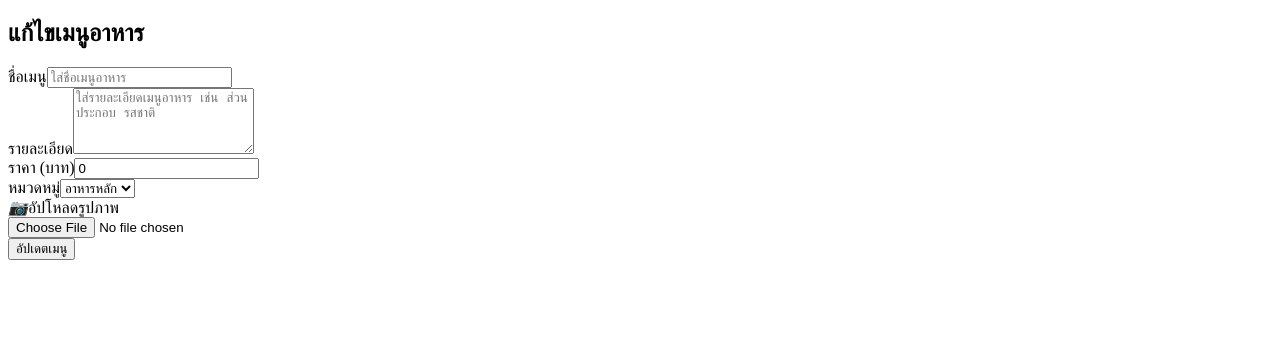
Repository: KwaunchaiJankaikot/mootod
Page: /menu-list (app in frontend/)
The author's editor kept a copy of each file at every save. The page is drawn from the files as they stood at one save, then again after a run of saves.
The browser window is 1280 px wide. The pictures show the whole page.
The page's requests for data from a server got no answer. The project was rebuilt for these pictures with package versions that can differ from the ones it lists, and the page was loaded fresh each time. No one was signed in, and anything a server would have sent is missing. Also part of the build but not shown: frontend/vue.config.js, frontend/src/components/HomePage.vue, frontend/src/components/AddMenu.vue, frontend/src/components/EditMenu.vue.

Above is the page before, as saved 2025-04-19 01:00:21.

### frontend/src/main.js
import { createApp } from 'vue';
import App from './App.vue';
import router from './router';

const app = createApp(App);
app.use(router);  // ติดตั้ง Vue Router
app.mount('#app');

### frontend/src/App.vue
<template>
  <div id="app">
    <router-view></router-view>
  </div>
</template>

<script>
export default {
  name: 'App',
};
</script>

### frontend/src/router/index.js
import { createRouter, createWebHistory } from 'vue-router';
import HomePage from '../components/HomePage.vue';
import AddMenu from '../components/AddMenu.vue';
import MenuList from '../components/MenuList.vue';
import EditMenu from '../components/EditMenu.vue';

const routes = [
  {
    path: '/',
    name: 'Home',
    component: HomePage
  },
  {
    path: '/add-menu',
    name: 'Menu',
    component: AddMenu
  },
  {
    path: '/menu-list',
    name: 'MenuList',
    component: MenuList
  },
  {
    path: '/edit-menu/:id',  // เส้นทางสำหรับการแก้ไขเมนู
    name: 'edit-menu',
    component: EditMenu,     // คอมโพเนนต์ที่จะแสดง
    props: true,             // ส่ง props ให้กับ EditMenu.vue
  },
];

const router = createRouter({
  history: createWebHistory(process.env.BASE_URL),
  routes
});

export default router;

### frontend/src/components/MenuList.vue
<template>
  <div class="edit-menu-container">
    <div class="form-card">
      <h2 class="form-title">แก้ไขเมนูอาหาร</h2>
      <form @submit.prevent="updateMenu">
        <!-- ชื่อเมนู -->
        <div class="form-group">
          <label for="name">ชื่อเมนู</label>
          <input
            type="text"
            id="name"
            v-model="menu.name"
            required
            class="form-control"
            placeholder="ใส่ชื่อเมนูอาหาร"
          />
        </div>

        <!-- รายละเอียด -->
        <div class="form-group">
          <label for="description">รายละเอียด</label>
          <textarea
            id="description"
            v-model="menu.description"
            required
            class="form-control"
            rows="4"
            placeholder="ใส่รายละเอียดเมนูอาหาร เช่น ส่วนประกอบ รสชาติ"
          ></textarea>
        </div>

        <!-- ราคา -->
        <div class="form-group">
          <label for="price">ราคา (บาท)</label>
          <input
            type="number"
            id="price"
            v-model="menu.price"
            required
            class="form-control"
            min="0"
            step="1"
            placeholder="0"
          />
        </div>

        <!-- หมวดหมู่อาหาร -->
        <div class="form-group">
          <label for="category">หมวดหมู่</label>
          <select
            id="category"
            v-model="menu.category"
            required
            class="form-control"
          >
            <option value="อาหารหลัก">อาหารหลัก</option>
            <option value="ของหวาน">ของหวาน</option>
            <option value="ข้าว">ข้าว</option>
            <option value="ผลไม้">ผลไม้</option>
          </select>
        </div>

        <!-- อัปโหลดรูปภาพ -->
        <div class="form-group file-upload">
          <label for="image">
            <div class="upload-area">
              <i class="upload-icon">📷</i>
              <span>อัปโหลดรูปภาพ</span>
              <span class="filename" v-if="imageName">{{ imageName }}</span>
            </div>
          </label>
          <input
            type="file"
            id="image"
            @change="onImageChange"
            accept="image/*"
            class="file-input"
          />
        </div>

        <button type="submit" class="submit-button">
          <span>อัปเดตเมนู</span>
        </button>
      </form>
    </div>
  </div>
</template>

<script>
import axios from 'axios';

export default {
  data() {
    return {
      menu: {
        id: '',
        name: '',
        description: '',
        price: 0,
        category: 'อาหารหลัก',  // ค่าเริ่มต้น
        image: null,
        imageName: '',
      },
    };
  },
  mounted() {
    this.fetchMenu();
  },
  methods: {
    fetchMenu() {
      const menuId = this.$route.params.id;
      axios
        .get(`http://localhost:5000/menus/${menuId}`)
        .then(response => {
          const menu = response.data;
          this.menu.id = menu.id;
          this.menu.name = menu.name;
          this.menu.description = menu.description;
          this.menu.price = menu.price;
          this.menu.category = menu.category;  // ดึงหมวดหมู่ออกมา
          this.menu.imageName = menu.image_url.split('/').pop();
        })
        .catch(error => {
          console.error('ไม่สามารถดึงข้อมูลเมนูได้:', error);
        });
    },
    onImageChange(event) {
      const file = event.target.files[0];
      if (file) {
        this.menu.image = file;
        this.imageName = file.name;
      } else {
        this.menu.image = null;
        this.imageName = '';
      }
    },
    updateMenu() {
      const formData = new FormData();
      formData.append('name', this.menu.name);
      formData.append('description', this.menu.description);
      formData.append('price', this.menu.price);
      formData.append('category', this.menu.category);  // เพิ่มหมวดหมู่ใน FormData
      formData.append('image', this.menu.image);

      axios
        .put(`http://localhost:5000/menus/${this.menu.id}`, formData)
        .then(() => {
          alert('อัปเดตเมนูสำเร็จ!');
          this.$router.push('/menu-list');
        })
        .catch(error => {
          console.error('เกิดข้อผิดพลาดในการอัปเดตเมนู:', error);
          alert('เกิดข้อผิดพลาดในการอัปเดตเมนู');
        });
    },
  },
};
</script>

<style scoped>
/* สไตล์ทั่วไป */
.menu-list-container {
  max-width: 1200px;
  margin: 0 auto;
  padding: 20px;
  font-family: 'Prompt', 'Kanit', sans-serif;
}

/* Page Header */
.page-header {
  display: flex;
  justify-content: space-between;
  align-items: center;
  margin-bottom: 25px;
}

.page-header h2 {
  font-size: 24px;
  font-weight: 600;
  color: #333;
  margin: 0;
}

.header-actions {
  display: flex;
  gap: 15px;
}

.add-btn {
  background-color: #4CAF50;
  color: white;
  border: none;
  border-radius: 6px;
  padding: 10px 16px;
  font-size: 14px;
  font-weight: 500;
  cursor: pointer;
  transition: background-color 0.2s;
}

.add-btn:hover {
  background-color: #45a049;
}

.search-box {
  position: relative;
}

.search-box input {
  padding: 10px 16px 10px 40px;
  border: 1px solid #ddd;
  border-radius: 6px;
  width: 240px;
  font-size: 14px;
}

.search-box input:focus {
  outline: none;
  border-color: #4CAF50;
  box-shadow: 0 0 0 3px rgba(76, 175, 80, 0.15);
}

.search-icon {
  position: absolute;
  left: 12px;
  top: 50%;
  transform: translateY(-50%);
  color: #888;
  font-size: 16px;
}

/* Menu Filters */
.menu-filters {
  display: flex;
  gap: 10px;
  margin-bottom: 25px;
}

.filter-btn {
  padding: 8px 20px;
  background-color: #f5f5f5;
  border: none;
  border-radius: 20px;
  font-size: 14px;
  cursor: pointer;
  transition: all 0.2s;
}

.filter-btn:hover {
  background-color: #e8e8e8;
}

.filter-btn.active {
  background-color: #4CAF50;
  color: white;
}

/* Loading & Empty States */
.loading-indicator, .empty-state {
  text-align: center;
  padding: 60px 0;
  color: #666;
}

.empty-icon {
  font-size: 64px;
  margin-bottom: 20px;
}

.empty-state h3 {
  font-size: 20px;
  margin: 0 0 10px 0;
  color: #333;
}

.empty-state p {
  color: #666;
  margin-bottom: 25px;
}

.add-menu-btn {
  background-color: #4CAF50;
  color: white;
  border: none;
  border-radius: 6px;
  padding: 10px 20px;
  font-size: 14px;
  cursor: pointer;
}

/* Menu Grid */
.menu-grid {
  display: grid;
  grid-template-columns: repeat(auto-fill, minmax(280px, 1fr));
  gap: 25px;
}

.menu-card {
  background-color: white;
  border-radius: 10px;
  overflow: hidden;
  box-shadow: 0 3px 10px rgba(0, 0, 0, 0.08);
  transition: transform 0.3s ease, box-shadow 0.3s ease;
  height: 400px; /* กำหนดความสูงของการ์ด */
  display: flex;
  flex-direction: column;
}

.menu-image {
  height: 200px;
  overflow: hidden;
  background-color: #f9f9f9;
  /* border: 10px solid red; */

}

.menu-image img {
  width: 100%;
  height: 100%;
  object-fit: cover; /* ทำให้ภาพไม่เบี้ยวและไม่ขยายเกินขอบการ์ด */
}

.menu-info {
  padding: 15px;
  flex-grow: 1; /* ทำให้เนื้อหาภายในการ์ดเติบโตเต็มที่ */
}

.menu-actions {
  padding: 10px 15px;
  display: flex;
  justify-content: space-between;
  gap: 10px;
}

.edit-btn, .delete-btn {
  flex: 1;
  padding: 8px 0;
  font-size: 14px;
  border: none;
  border-radius: 6px;
  cursor: pointer;
  transition: background-color 0.2s;
}

.edit-btn {
  background-color: #2196F3;
  color: white;
}

.delete-btn {
  background-color: #f44336;
  color: white;
}

.menu-card:hover {
  transform: translateY(-5px);
  box-shadow: 0 5px 15px rgba(0, 0, 0, 0.1);
}

/* Delete Modal */
.delete-modal {
  position: fixed;
  top: 0;
  left: 0;
  right: 0;
  bottom: 0;
  background-color: rgba(0, 0, 0, 0.5);
  display: flex;
  align-items: center;
  justify-content: center;
  z-index: 999;
}

.modal-content {
  background-color: white;
  border-radius: 10px;
  padding: 25px;
  width: 90%;
  max-width: 400px;
  box-shadow: 0 4px 20px rgba(0, 0, 0, 0.2);
}

.modal-content h3 {
  margin-top: 0;
  color: #333;
  font-size: 18px;
}

.modal-actions {
  display: flex;
  gap: 10px;
  margin-top: 20px;
  justify-content: flex-end;
}

.cancel-btn, .confirm-btn {
  padding: 8px 16px;
  border: none;
  border-radius: 6px;
  font-size: 14px;
  cursor: pointer;
}

.cancel-btn {
  background-color: #e0e0e0;
  color: #333;
}

.confirm-btn {
  background-color: #f44336;
  color: white;
}
.no-image {
  display: flex;
  justify-content: center;
  align-items: center;
  height: 100%;
  font-size: 16px;
  color: #aaa;
}

/* Responsive */
@media (max-width: 768px) {
  .page-header {
    flex-direction: column;
    align-items: flex-start;
  }

  .header-actions {
    width: 100%;
    margin-top: 15px;
  }

  .search-box {
    flex-grow: 1;
  }

  .search-box input {
    width: 100%;
  }

  .menu-grid {
    grid-template-columns: repeat(auto-fill, minmax(240px, 1fr));
  }
}

@media (max-width: 480px) {
  .menu-list-container {
    padding: 15px;
  }

  .header-actions {
    flex-direction: column;
    gap: 10px;
  }

  .menu-filters {
    overflow-x: auto;
    padding-bottom: 5px;
  }

  .menu-grid {
    grid-template-columns: 1fr;
  }
}
</style>

Loaded but not shown: frontend/public/index.html (common file)

After the next 2 saves:
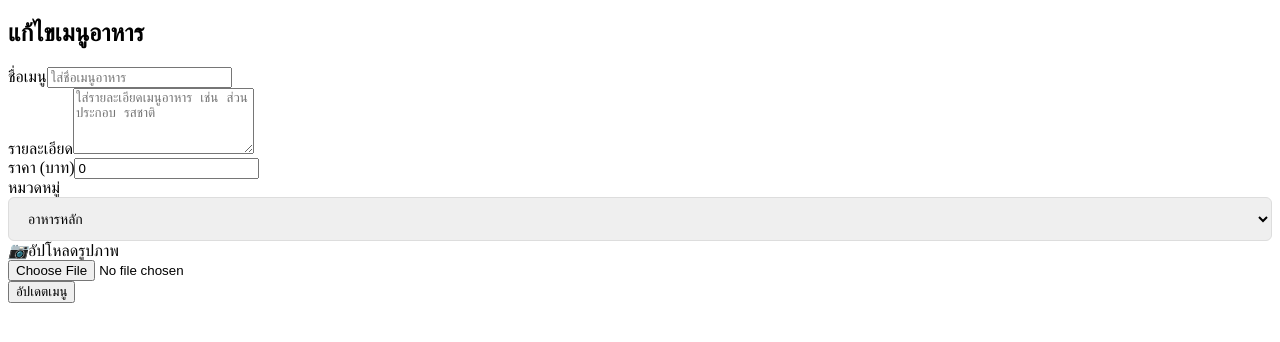
The 2 saves are shown as one change because 1 did not build or start.
The last was saved 23 s later.
--- a/frontend/src/components/MenuList.vue
+++ b/frontend/src/components/MenuList.vue
@@ -419,6 +419,15 @@ export default {
   color: #aaa;
 }
 
+.form-group select {
+  width: 100%;
+  padding: 12px 15px;
+  border: 1px solid #ddd;
+  border-radius: 6px;
+  font-size: 14px;
+  transition: border 0.3s ease;
+}
+
 /* Responsive */
 @media (max-width: 768px) {
   .page-header {
